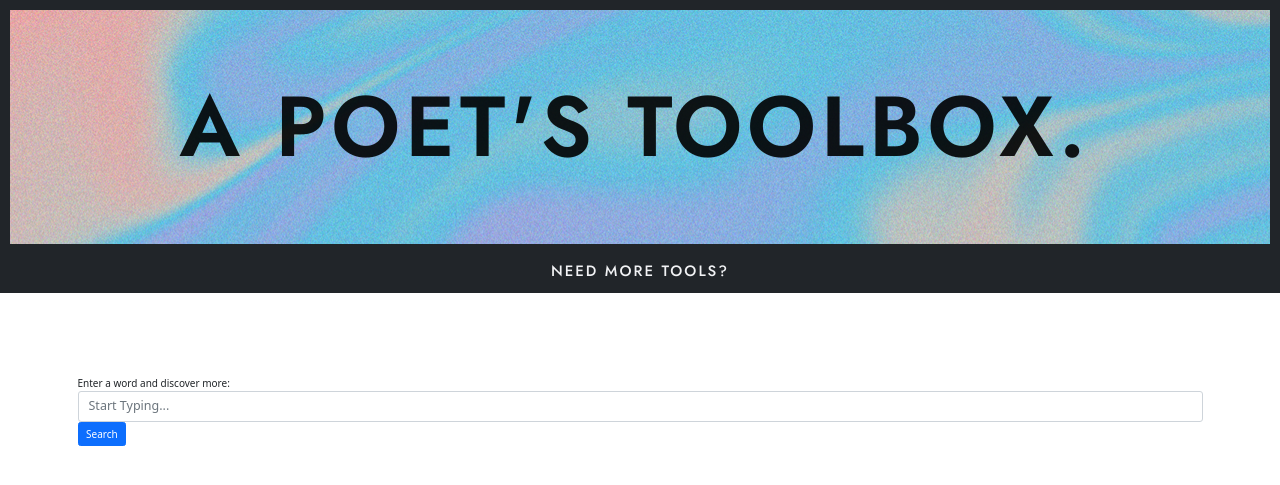
Repository: eezife-wustl/10-final-project-individual-eezife-wustl
Page: index.html
An editor plug-in stored every save of this project. The page is shown before and after the next save, followed by the edit.
The browser window is 1280 px wide. The pictures show the whole page.

Above is the page before, as saved 2021-12-03 20:56:22.

After the next save:
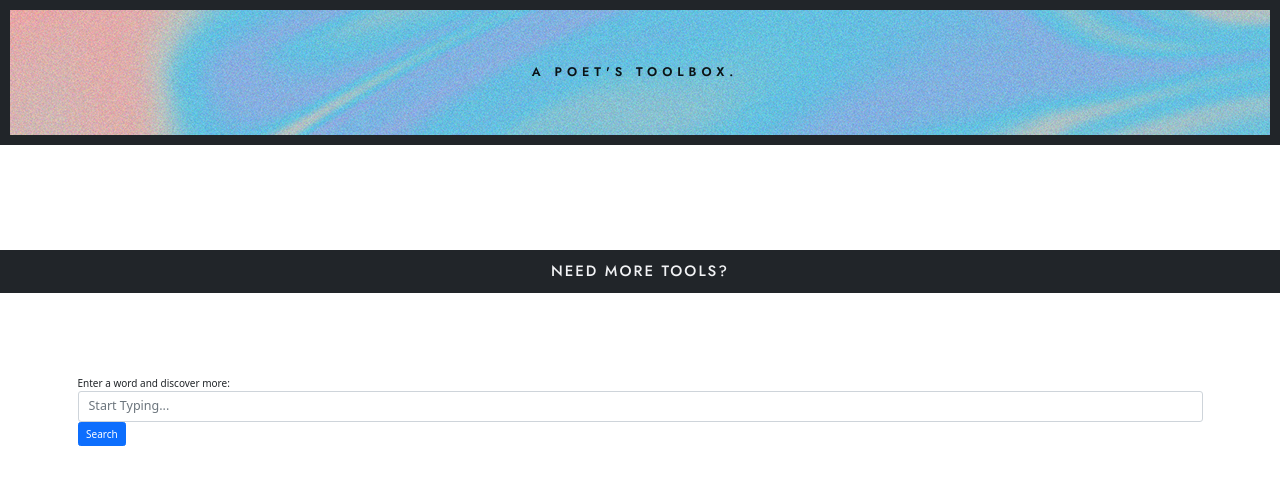
Saved 6 s later.
--- a/style.css
+++ b/style.css
@@ -46,7 +46,7 @@
 .navbar-brand {
     font-family: 'Jost Semi';
     letter-spacing: .5rem;
-    font-size: 8.5em;
+    /* font-size: 8.5em; */
 }
 
 /*shoutout to: https://bootstrapcreative.com/can-adjust-text-size-bootstrap-responsive-design/ for the help*/

After the 4 saves that followed:
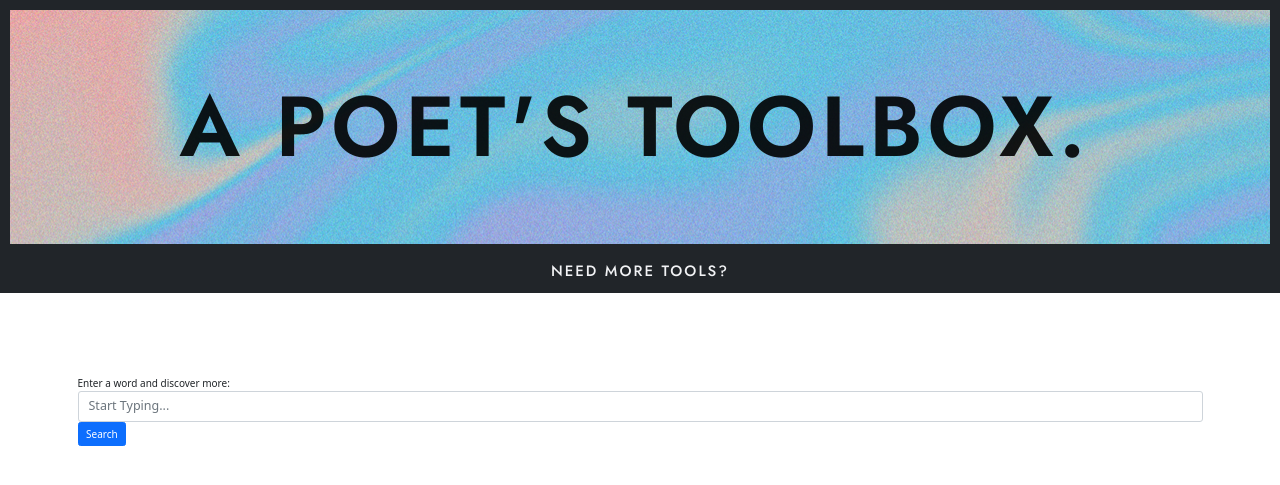
The 4 saves are shown as one change because they came seconds apart.
The last was saved 15 s later.
--- a/style.css
+++ b/style.css
@@ -52,17 +52,17 @@
 /*shoutout to: https://bootstrapcreative.com/can-adjust-text-size-bootstrap-responsive-design/ for the help*/
 /*small*/
 @media (min-width: 544px) {
-    h1 {font-size:1.5rem;} /*1rem = 16px*/
+    .navbar-brand {font-size:1.5rem;} /*1rem = 16px*/
 }
 
 /*medium*/
 @media (min-width: 768px) {
-    h1 {font-size:2rem;} /*1rem = 16px*/
+    .navbar-brand {font-size:2rem;} /*1rem = 16px*/
   }
 
 /*large*/
 @media (min-width: 992px) {
-    h1 {font-size:2.5rem;} /*1rem = 16px*/
+    .navbar-brand {font-size:8.5rem;} /*1rem = 16px*/
   }
 
 .nav-link {
